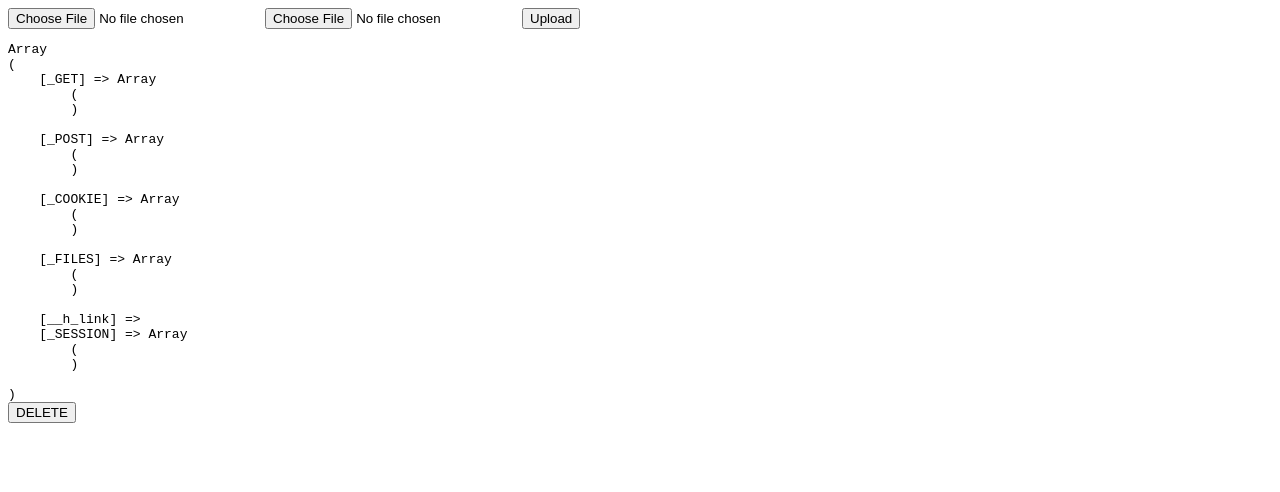
Repository: sara55m/File_Upload
Page: http://localhost/form2.php
The author's editor kept a copy of each file at every save. The page is drawn from the files as they stood at one save, then again after the next save.
The browser window is 1280 px wide. The pictures show the whole page.
The page is run by PHP 8.4 with error messages shown; the project is at /var/www/html/.

Above is the page before, as saved 2024-09-02 22:01:01.

After the next save:
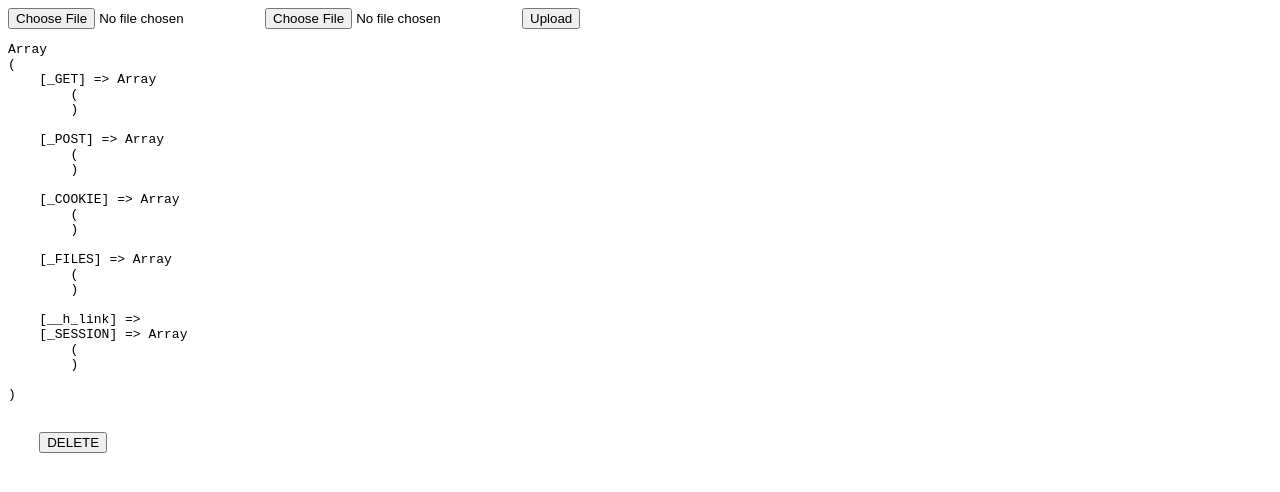
Saved 7 min 50 s later.
--- a/form2.php
+++ b/form2.php
@@ -33,19 +33,11 @@ if($_POST){
     }
 
 }
+    ?>
+    <form action="delete_func.php" method="post">
+    <input type="submit" name="delete" value="DELETE">
+    </form>
 
-    ?>
-<button type="button" name="delete" value="DELETE">DELETE</button>
 
-<?php
-
-require("delete_func.php");
-    for($i=0;$i<count($_FILES);$i++){
-    $del=delete_func($_FILES['file'.$i],"uploads2/",$_GET['lang']);
-    echo $del[$_GET['lang']]."  ".$del['file']."<br>";
-    sleep(1);
-    }
-
-?>
 </body>
 </html>
